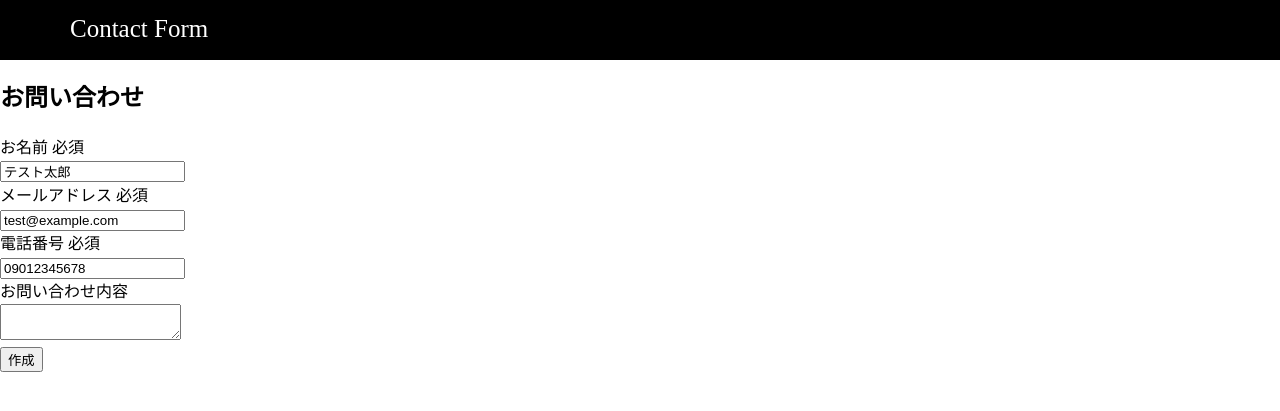
Repository: mayu-ya/my-contact-form
Page: http://localhost/
These files come from the project's save history. The page is drawn as it stood at one moment and after the next save; the edit follows.
The browser window is 1280 px wide. The pictures show the whole page.
The page is served by the project's Laravel application, run on PHP 8.4 with Laravel 8.

Above is the page before, as saved 2025-12-31 22:53:05.

After the next save:
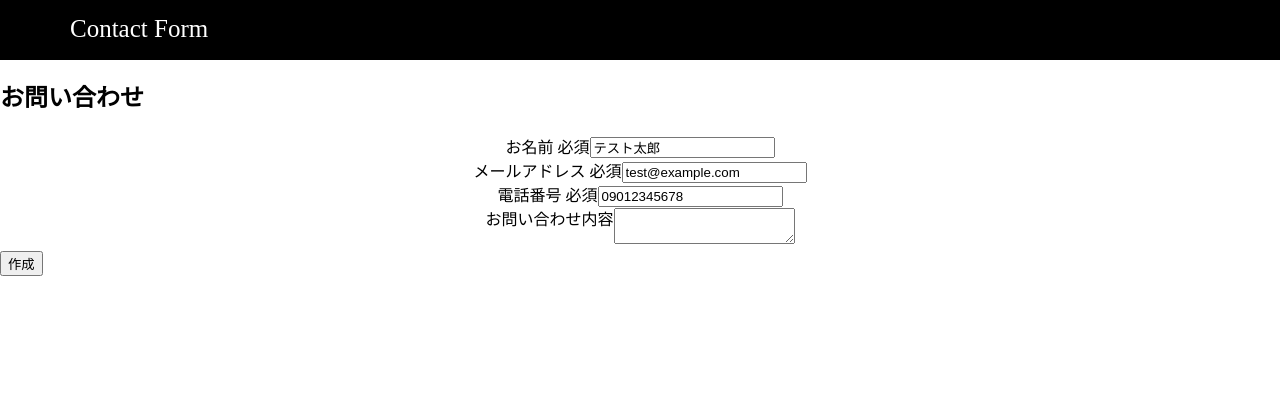
Saved 3 min 1 s later.
--- a/src/public/css/index.css
+++ b/src/public/css/index.css
@@ -1,3 +1,4 @@
 .form-content {
-    flex-direction: row;
+    display: flex;
+    justify-content: center;
 }
